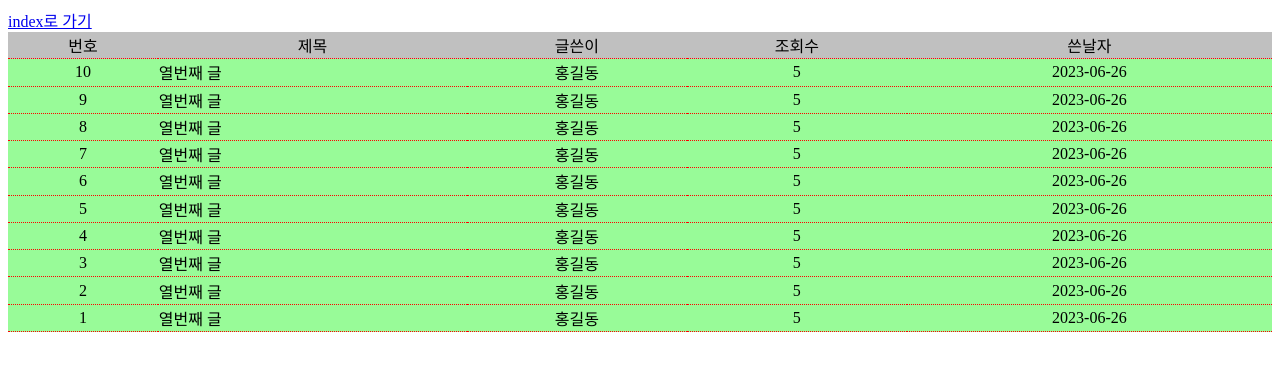
Repository: popll1/Pleiades
Page: http://localhost/jun261/main.jsp
These files come from the project's save history. The page is drawn as it stood at one moment and after the next save; the edit follows.
The browser window is 1280 px wide. The pictures show the whole page.
The pointer rests on the first visible `tr`.
The page is served by Tomcat 9.

Above is the page before, as saved 2023-06-26 06:38:11.

### jun261/src/main/webapp/main.jsp
<%@ page language="java" contentType="text/html; charset=EUC-KR"
    pageEncoding="UTF-8"%>
<!DOCTYPE html>
<html>
<head>
<meta charset="EUC-KR">
<title>main</title>
<style type="text/css">
 /* 스타일영역입니다 */
 table {
    width : 100%;
    height: 500px;
    background-color: gray;
    border-collapse : collapse;
 }
 td {
    border-bottom : 1px red dotted ;
    text-align: center;
 }
 /* id="title" --> #title */
 #title {
    text-align: left;
    }
/* 호버 */
tr:hover{

	background-color : silver;

}


 	</style>
</head>
<body>
	<a href = "./index.jsp">index로 가기 </a>
	<table style = "width: 100%; height : 300px; background-color: #98FB98;">
		<tr>
			<td style ="width = 10%">번호</td>
			<td style ="width = 50%">제목</td>
			<td style ="width = 10%">글쓴이</td>
			<td style ="width = 10%">조회수</td>
			<td style ="width = 20%">쓴날자</td>
		</tr>
		<%for(int i = 10; i > 0; i--){ %>
		<tr>
			<td ><%=i %></td>
			<td id="title">열번째 글</td>
			<td>홍길동</td>
			<td>5</td>
			<td>2023-06-26</td>
		</tr>
		<%} %>
		</table>





</body>
</html>

After the next save:
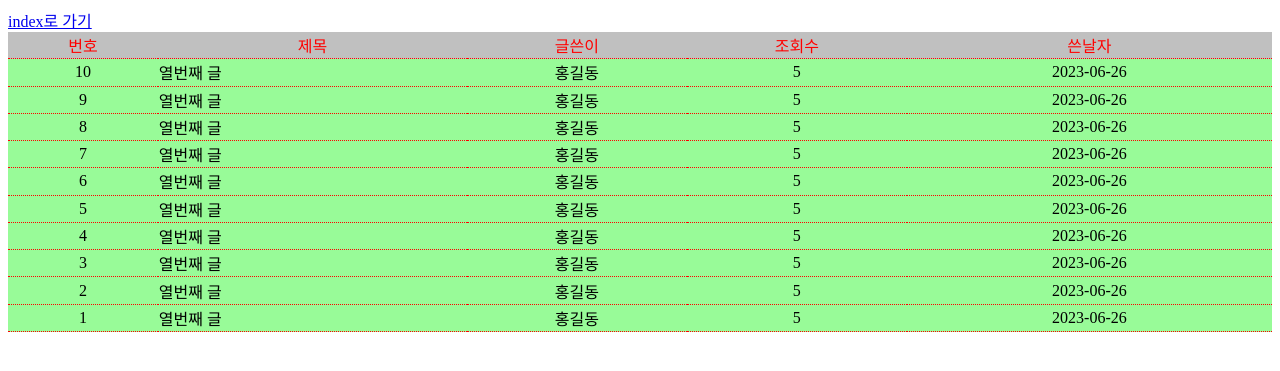
Saved 59 s later.
--- a/jun261/src/main/webapp/main.jsp
+++ b/jun261/src/main/webapp/main.jsp
@@ -25,6 +25,7 @@
 tr:hover{
 
 	background-color : silver;
+	color :red;
 
 }
 
